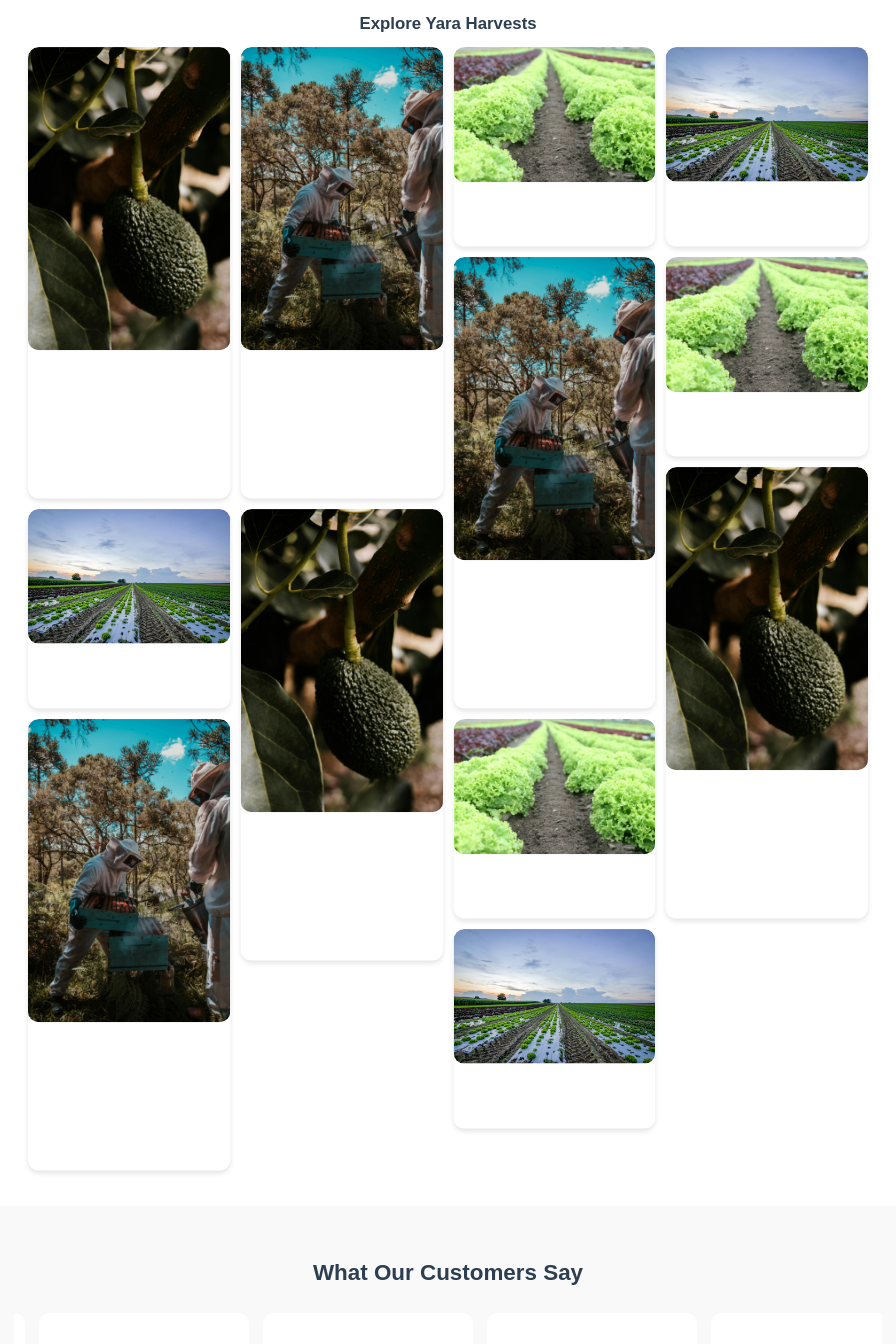
Repository: Kanyi-Manyara/yara-farm
Page: index.html
These files come from the project's save history. The page is drawn as it stood at one moment and after a run of saves; the edit follows.
The browser window is 1280 px wide. The pictures show the part of the page from y = 1426 to 3346 px (the page is 4402 px tall), at 70% of full size.

Above is the page before, as saved 2025-05-11 10:39:31.
Console error: ReferenceError: applyVariedHeights is not defined

After the next 2 saves:
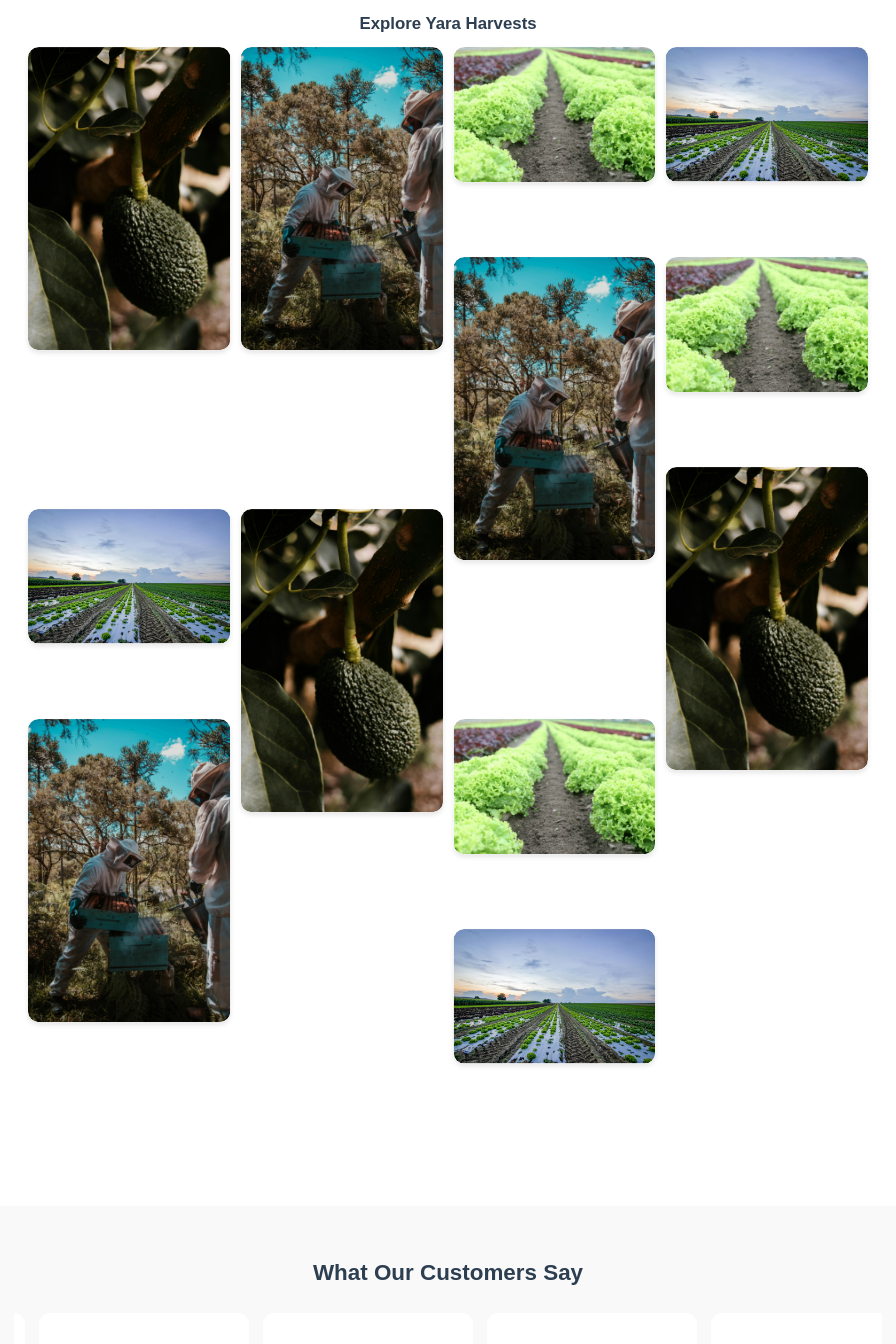
The 2 saves are shown as one change because they came seconds apart.
The last was saved 5 min 37 s later.
--- a/style.css
+++ b/style.css
@@ -599,6 +599,7 @@ header {
   border-radius: 15px;
   overflow: hidden;
   transition: transform 0.3s ease;
+  height: fit-content;
 }
 
 /* Let images determine their own height */
